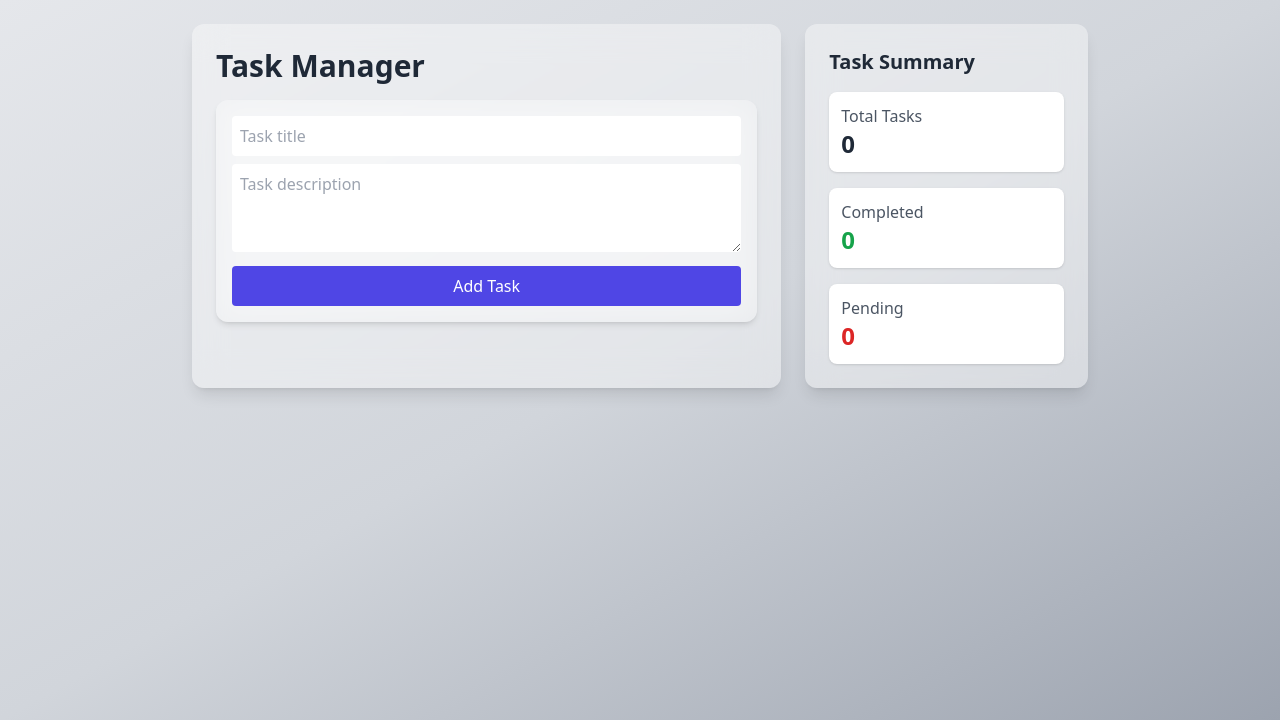
Repository: Meenakshi-commits/mern-task-manager
Page: / (app in client/)
These files come from the project's save history. The page is drawn as it stood at one moment and after the next save; the edit follows.
The browser window is 1280 px wide. The pictures show the whole page.
The page's requests for data from a server got no answer. The project was rebuilt for these pictures with package versions that can differ from the ones it lists, and the page was loaded fresh each time. No one was signed in, and anything a server would have sent is missing. Also part of the build but not shown: client/vite.config.js, client/src/components/TaskItem.jsx.

Above is the page before, as saved 2026-01-08 12:16:37.

### client/src/App.jsx
import { useEffect, useState } from "react";
import api from "./services/api";
import TaskForm from "./components/TaskForm";
import TaskList from "./components/TaskList";

export default function App() {
  const [tasks, setTasks] = useState([]);

  const fetchTasks = async () => {
    const res = await api.get("/tasks");
    setTasks(res.data);
  };

  useEffect(() => {
    fetchTasks();
  }, []);

  const completed = tasks.filter((t) => t.completed).length;
  const pending = tasks.length - completed;

  return (
  <div className="min-h-screen bg-gradient-to-br from-gray-200 via-gray-300 to-gray-400 p-6">
    <div className="max-w-4xl mx-auto grid grid-cols-1 md:grid-cols-3 gap-6">

      {/* LEFT SIDE - TASKS */}
      <div className="md:col-span-2 bg-white/40 backdrop-blur-lg p-6 rounded-xl shadow-lg">
        <h1 className="text-3xl font-bold mb-4 text-gray-800">
          Task Manager
        </h1>

        <TaskForm fetchTasks={fetchTasks} />
        <TaskList tasks={tasks} fetchTasks={fetchTasks} />
      </div>

      {/* RIGHT SIDE - STATUS PANEL */}
      <div className="bg-white/40 backdrop-blur-lg p-6 rounded-xl shadow-lg">
        <h2 className="text-xl font-semibold mb-4 text-gray-800">
          Task Summary
        </h2>

        <div className="space-y-4">
          <div className="p-3 bg-white rounded-lg shadow">
            <p className="text-gray-600">Total Tasks</p>
            <p className="text-2xl font-bold text-gray-800">
              {tasks.length}
            </p>
          </div>

          <div className="p-3 bg-white rounded-lg shadow">
            <p className="text-gray-600">Completed</p>
            <p className="text-2xl font-bold text-green-600">
              {completed}
            </p>
          </div>

          <div className="p-3 bg-white rounded-lg shadow">
            <p className="text-gray-600">Pending</p>
            <p className="text-2xl font-bold text-red-600">
              {pending}
            </p>
          </div>
        </div>
      </div>

    </div>
  </div>
);

}

### client/src/components/TaskForm.jsx
import { useState } from "react";
import api from "../services/api";

export default function TaskForm({ fetchTasks }) {
  const [title, setTitle] = useState("");
  const [description, setDescription] = useState("");

  const handleSubmit = async (e) => {
    e.preventDefault();
    if (!title) return;

    await api.post("/tasks", {
      title,
      description,
    });

    setTitle("");
    setDescription("");
    fetchTasks();
  };

  return (
    <form
      onSubmit={handleSubmit}
      className="bg-white/20 backdrop-blur-lg p-4 rounded-xl shadow-md"
    >
      <input
        type="text"
        placeholder="Task title"
        className="w-full mb-2 p-2 rounded text-black bg-white"
        value={title}
        onChange={(e) => setTitle(e.target.value)}
      />

      <textarea
        placeholder="Task description"
        className="w-full mb-2 p-2 rounded text-black bg-white"
        rows="3"
        value={description}
        onChange={(e) => setDescription(e.target.value)}
      />

      <button className="w-full bg-indigo-600 text-white py-2 rounded hover:bg-indigo-700">
        Add Task
      </button>
    </form>
  );
}

### client/src/components/TaskList.jsx
import TaskItem from "./TaskItem";

export default function TaskList({ tasks, fetchTasks }) {
  return (
    <div className="mt-4">
      {tasks.map((task) => (
        <TaskItem
          key={task._id}
          task={task}
          fetchTasks={fetchTasks}
        />
      ))}
    </div>
  );
}

Loaded but not shown: client/index.html (common file); client/src/main.jsx (common file); client/src/index.css (common file); client/src/services/api.js (common file); client/tailwind.config.js (common file)

After the next save:
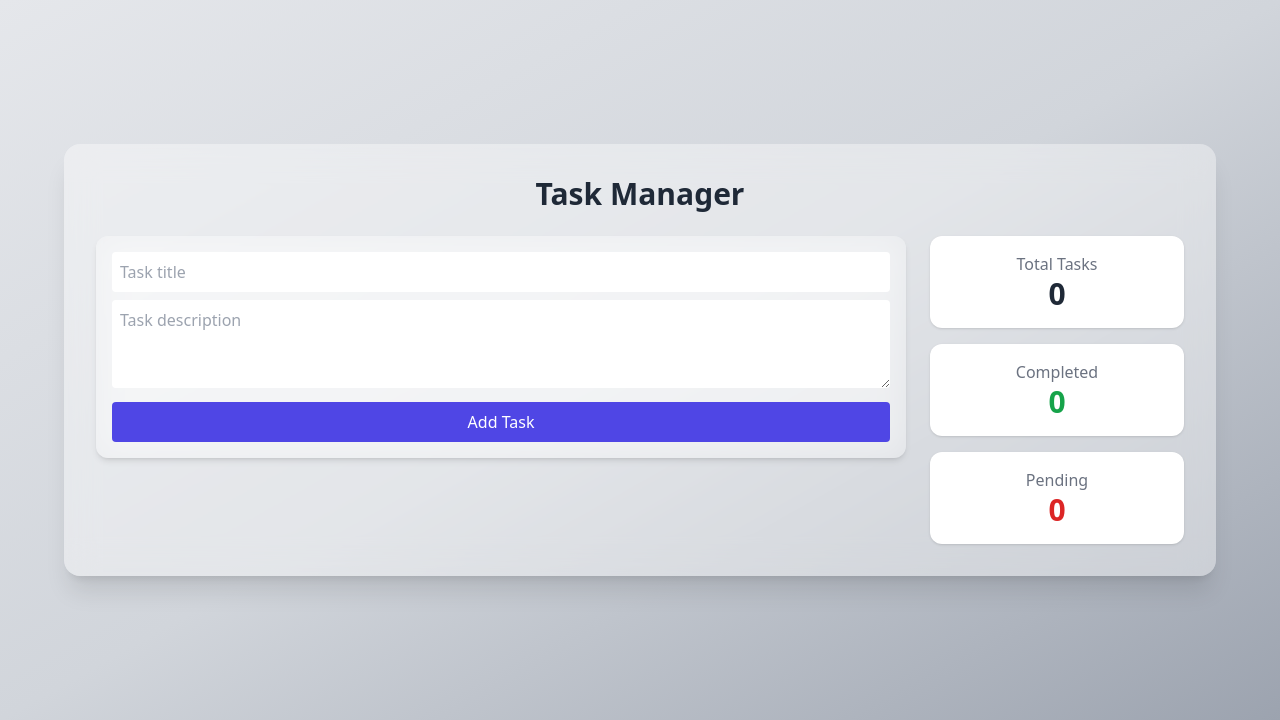
Saved 2 min 28 s later.
--- a/client/src/App.jsx
+++ b/client/src/App.jsx
@@ -17,51 +17,52 @@ export default function App() {
 
   const completed = tasks.filter((t) => t.completed).length;
   const pending = tasks.length - completed;
+return (
+  <div className="min-h-screen bg-gradient-to-br from-gray-200 via-gray-300 to-gray-400 p-6 flex items-center">
+    <div className="w-full max-w-6xl mx-auto bg-white/40 backdrop-blur-lg rounded-2xl shadow-xl p-8">
 
-  return (
-  <div className="min-h-screen bg-gradient-to-br from-gray-200 via-gray-300 to-gray-400 p-6">
-    <div className="max-w-4xl mx-auto grid grid-cols-1 md:grid-cols-3 gap-6">
+      <h1 className="text-3xl font-bold text-gray-800 mb-6 text-center">
+        Task Manager
+      </h1>
 
-      {/* LEFT SIDE - TASKS */}
-      <div className="md:col-span-2 bg-white/40 backdrop-blur-lg p-6 rounded-xl shadow-lg">
-        <h1 className="text-3xl font-bold mb-4 text-gray-800">
-          Task Manager
-        </h1>
+      {/* INNER LAYOUT */}
+      <div className="grid grid-cols-1 md:grid-cols-4 gap-6">
 
-        <TaskForm fetchTasks={fetchTasks} />
-        <TaskList tasks={tasks} fetchTasks={fetchTasks} />
-      </div>
+        {/* LEFT BIG SECTION */}
+        <div className="md:col-span-3">
+          <TaskForm fetchTasks={fetchTasks} />
+          <TaskList tasks={tasks} fetchTasks={fetchTasks} />
+        </div>
 
-      {/* RIGHT SIDE - STATUS PANEL */}
-      <div className="bg-white/40 backdrop-blur-lg p-6 rounded-xl shadow-lg">
-        <h2 className="text-xl font-semibold mb-4 text-gray-800">
-          Task Summary
-        </h2>
+        {/* RIGHT SUMMARY (VERTICALLY CENTERED) */}
+        <div className="flex items-center">
+          <div className="w-full space-y-4">
 
-        <div className="space-y-4">
-          <div className="p-3 bg-white rounded-lg shadow">
-            <p className="text-gray-600">Total Tasks</p>
-            <p className="text-2xl font-bold text-gray-800">
-              {tasks.length}
-            </p>
-          </div>
+            <div className="bg-white rounded-xl p-4 shadow text-center">
+              <p className="text-gray-500">Total Tasks</p>
+              <p className="text-3xl font-bold text-gray-800">
+                {tasks.length}
+              </p>
+            </div>
 
-          <div className="p-3 bg-white rounded-lg shadow">
-            <p className="text-gray-600">Completed</p>
-            <p className="text-2xl font-bold text-green-600">
-              {completed}
-            </p>
-          </div>
+            <div className="bg-white rounded-xl p-4 shadow text-center">
+              <p className="text-gray-500">Completed</p>
+              <p className="text-3xl font-bold text-green-600">
+                {completed}
+              </p>
+            </div>
 
-          <div className="p-3 bg-white rounded-lg shadow">
-            <p className="text-gray-600">Pending</p>
-            <p className="text-2xl font-bold text-red-600">
-              {pending}
-            </p>
+            <div className="bg-white rounded-xl p-4 shadow text-center">
+              <p className="text-gray-500">Pending</p>
+              <p className="text-3xl font-bold text-red-600">
+                {pending}
+              </p>
+            </div>
+
           </div>
         </div>
+
       </div>
-
     </div>
   </div>
 );
